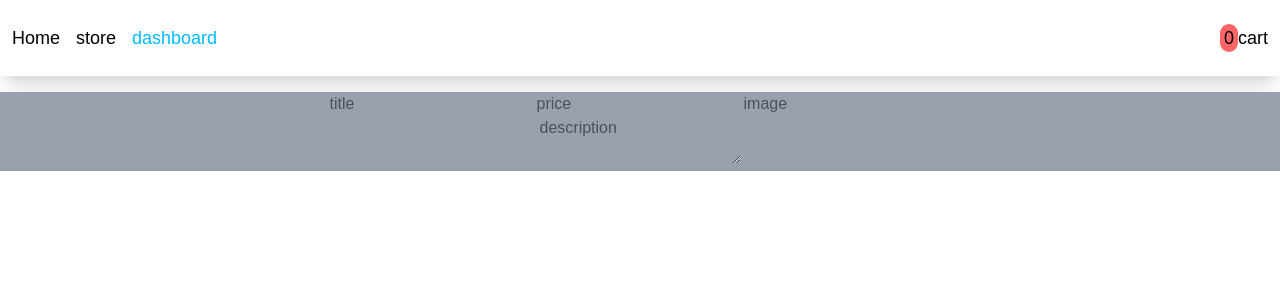
Repository: Rohullah-Noori/Nextjs-online-shop
Page: /dashboard
An editor plug-in stored every save of this project. The page is shown before and after the next save, followed by the edit.
The browser window is 1280 px wide. The pictures show the whole page.
The project was rebuilt for these pictures with package versions that can differ from the ones it lists, and the page was loaded fresh each time. The framework's server and built-in components were replaced by stand-ins that run in the browser. Also part of the build but not shown: next.config.ts.

Above is the page before, as saved 2025-05-28 10:36:58.

### src/app/dashboard/page.tsx
import React from "react";
import Container from "../components/Container";

export default function Dashboard() {
  return (
    <div className="bg-gray-400 text-center">
      <Container>
        <div>
          <input type="text" placeholder="title" />
          <input type="text" placeholder="price" />
          <input type="text" placeholder="image" />
        </div>
        <textarea placeholder="description"></textarea>
      </Container>
    </div>
  );
}

### src/app/components/Layout.tsx
import React from "react";
import Navbar from "./Navbar";

interface IlayoutProps {
  children: React.ReactNode;
}

export default function Layout({ children }: IlayoutProps) {
  return (
    <div>
      <Navbar />
      {children}
    </div>
  );
}

### src/app/context/page.tsx
"use client";
import React, { createContext, useContext, useEffect, useState } from "react";
import { json } from "stream/consumers";

type IshopContextProps = {
  children: React.ReactNode;
};

type cartItems = {
  id: number;
  qty: number;
};

type TshopingContext = {
  cart: cartItems[];
  HandleincreasetoCard: (id: number) => void;
  getProductqty: (id: number) => number;
  totalitemsqty: number;
  handledecreasetoCard: (id: number) => void;
  RemovehandleSubmit: (id: number) => void;
};

const shopingContext = createContext({} as TshopingContext);

export const useShopingContextCustim = () => {
  return useContext(shopingContext);
};

export default function ConextShop({ children }: IshopContextProps) {
  const [cart, setCart] = useState<cartItems[]>([]);

  const getProductqty = (id: number) => {
    return cart.find((item) => item.id == id)?.qty ?? 0;
  };

  const totalitemsqty = cart.reduce((totalgqty, item) => {
    return totalgqty + item.qty;
  }, 0);

  const HandleincreasetoCard = (id: number) => {
    setCart((prev) => {
      const isnotExist = prev.find((item) => item.id === id) == null;
      if (isnotExist) {
        return [...prev, { id: id, qty: 1 }];
      } else {
        return prev.map((item) => {
          if (item.id == id) {
            return { ...item, qty: item.qty + 1 };
          } else {
            return item;
          }
        });
      }
    });
  };

  const handledecreasetoCard = (id: number) => {
    setCart((prev) => {
      const islastOne = prev.find((item) => item.id == id)?.qty == 1;
      if (islastOne) {
        return prev.filter((item) => item.id != id);
      } else {
        return prev.map((item) => {
          if (item.id == id) {
            return {
              ...item,
              qty: item.qty - 1,
            };
          } else {
            return item;
          }
        });
      }
    });
  };

  const RemovehandleSubmit = (id: number) => {
    setCart((prev) => {
      return prev.filter((item) => item.id != id);
    });
  };

  useEffect(() => {
    const StoredCards = localStorage.getItem("cart");
    if (StoredCards) {
      try {
        setCart(JSON.parse(StoredCards));
      } catch (error) {
        console.error("Failed to parse stored cart data:", error);
        setCart([]);
      }
    }
  }, []);

  useEffect(() => {
    localStorage.setItem("cart", JSON.stringify(cart));
  }, [cart]);

  return (
    <shopingContext.Provider
      value={{
        cart,
        HandleincreasetoCard,
        getProductqty,
        totalitemsqty,
        handledecreasetoCard,
        RemovehandleSubmit,
      }}
    >
      {children}
    </shopingContext.Provider>
  );
}

### src/app/components/Container.tsx
import React from "react";
interface IContainerProps {
  children: React.ReactNode;
}

export default function Container({ children }: IContainerProps) {
  return <div className="container mx-auto">{children}</div>;
}

### src/app/components/Navbar.tsx
"use client";
import Link from "next/link";
import { usePathname } from "next/navigation";

import React from "react";
import Container from "./Container";
import { useShopingContextCustim } from "../context/page";

export default function Navbar() {
  const { totalitemsqty } = useShopingContextCustim();
  const pathname = usePathname();
  const navlinks = [
    {
      title: "Home",
      href: "/",
    },
    {
      title: "store",
      href: "/store",
    },
    {
      title: "dashboard",
      href: "/dashboard",
    },
  ];

  return (
    <nav className="  flex p-3 mb-4 text-lg  shadow-xl  ">
      <Container>
        <div className="flex justify-between my-3 ">
          <div>
            {navlinks.map((item) => (
              <Link
                key={item.href}
                className={`mr-4 ${
                  pathname === item.href ? "text-sky-400" : ""
                }`}
                href={item.href}
              >
                {item.title}
              </Link>
            ))}
          </div>
          <div>
            <span className="bg-red-400 rounded-4xl p-1">{totalitemsqty}</span>
            <Link href="/cart">cart</Link>
          </div>
        </div>
      </Container>
    </nav>
  );
}

Loaded but not shown: src/app/layout.tsx (common file); src/app/globals.css (common file)

After the next save:
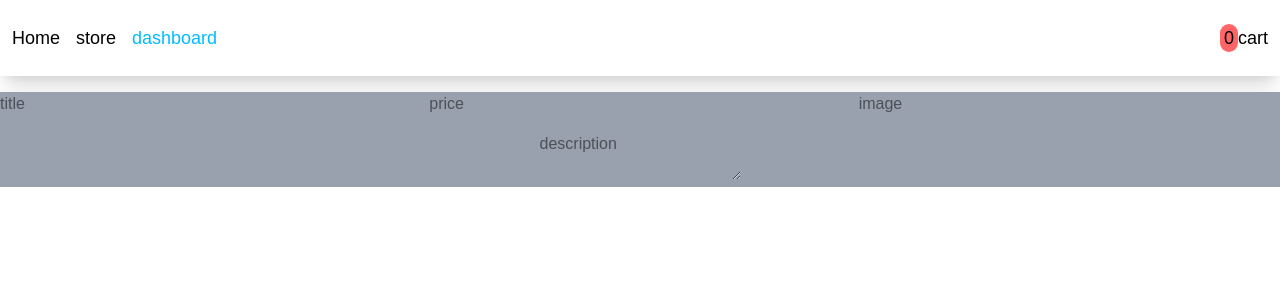
Saved 35 s later.
--- a/src/app/dashboard/page.tsx
+++ b/src/app/dashboard/page.tsx
@@ -5,7 +5,7 @@ export default function Dashboard() {
   return (
     <div className="bg-gray-400 text-center">
       <Container>
-        <div>
+        <div className="grid grid-cols-3 gap-2 mt-2 mb-4">
           <input type="text" placeholder="title" />
           <input type="text" placeholder="price" />
           <input type="text" placeholder="image" />
